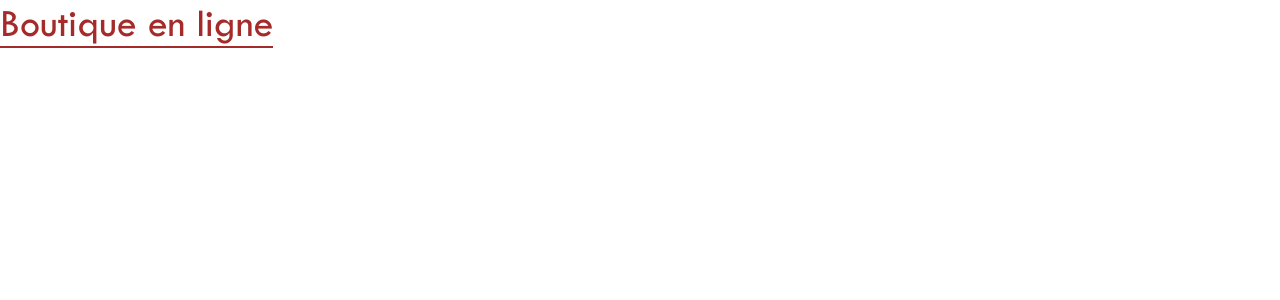
Repository: padevft/e-commerce-php
Page: http://localhost/index.html
These files come from the project's save history. The page is drawn as it stood at one moment and after the next save; the edit follows.
The browser window is 1280 px wide. The pictures show the whole page.
The page is run by PHP 8.4 with error messages shown; the project is at /var/www/html/.

Above is the page before, as saved 2023-09-17 15:41:20.

After the next save:
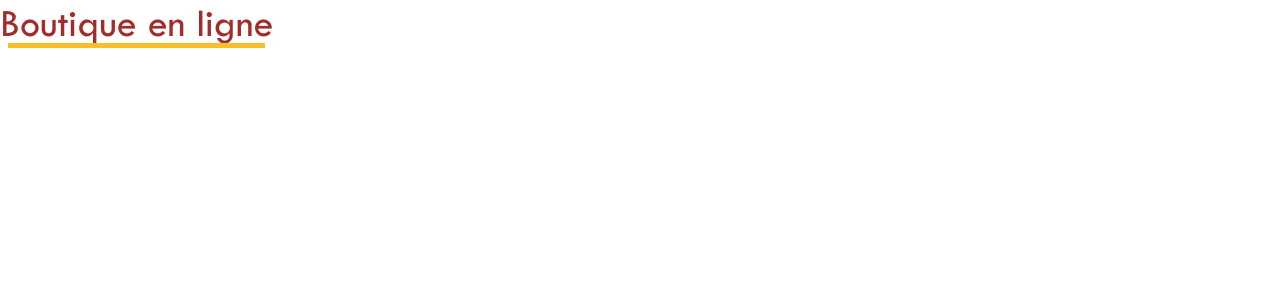
Saved 4 min 33 s later.
--- a/client/css/styles.css
+++ b/client/css/styles.css
@@ -7,7 +7,6 @@
 * {
   transition: all 0.6s ease;
 }
-
 
 body {
   font-family: myfont !important;
@@ -22,21 +21,43 @@ h1:hover {
   color: brown;
 }
 
-h1::before {
+/* h1::before {
   content: "";
   position: absolute;
   bottom: 0;
   right: 0;
-  width: 100%; /* Définissez la largeur initiale de la bordure à 100% */
+  width: 100%;
   height: 2.5px;
   background-color: brown;
   transform-origin: left;
-  transform: scaleX(0); /* Définissez l'échelle initiale à 0 (invisible) */
+  transform: scaleX(0);
   transition: transform 0.4s ease-out;
 }
 
 h1:hover::before {
   transform: scaleX(
     1
-  ); /* Lorsque survolé, mettez l'échelle à 1 pour rendre la bordure visible */
+  );
+} */
+
+h1::before {
+  content: "";
+  position: absolute;
+  bottom: 0;
+  left: 8px;
+  right: 8px;
+  background: #f9bf29;
+  height: 5px;
+  opacity: 1;
+  visibility: visible;
+  width: 0;
+  -webkit-transition: 0.25s all ease-out;
+  -o-transition: 0.25s all ease-out;
+  transition: 0.25s all ease-out;
 }
+h1:hover {
+  opacity: 1;
+}
+h1:hover:before {
+  width: calc(100% - 16px);
+}
